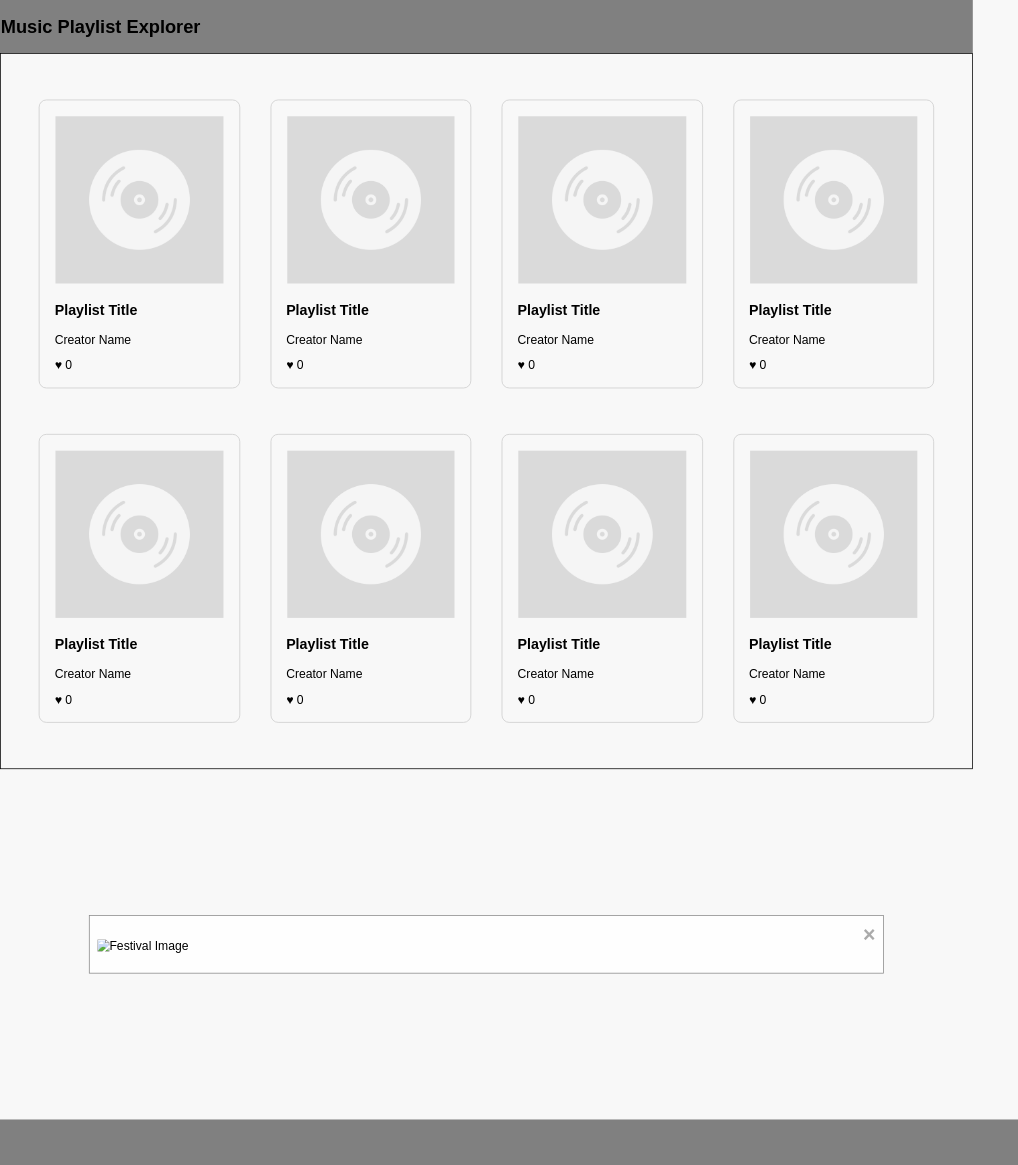
Repository: valentinaarojas/music-player-explorer
Page: index.html
The author's editor kept a copy of each file at every save. The page is drawn from the files as they stood at one save, then again after a run of saves.
The browser window is 1280 px wide. The page is 1340 px wide, so the pictures cover 1340 px, including what lies to the right of the window. The pictures show the whole page, at 76% of full size.

Above is the page before, as saved 2025-02-19 18:34:20.

### index.html
<!DOCTYPE html>
<html lang="en">
<head>
    <meta charset="UTF-8">
    <meta name="viewport" content="width=device-width, initial-scale=1.0">

    <title>Music Playlist Explorer</title>
    <link rel="icon" type="image/x-icon" href="/images/favicon.ico">

    <link rel="stylesheet" href="style.css">
</head>
<body>
    <header>
        <!-- Your header content here -->
        <div class="banner">
            <h2>Music Playlist Explorer</h2>
        </div>
    </header>

    <main>
        <!-- Your main content here -->
        <div class="playlist-cards">
            <!-- card 1 -->
            <div class="playlist-card">
                <div class="playlist-cover">
                    <img src="assets/img/playlist.png" alt="placeholder" style="width: 100%">
                </div>
                <div class="playlist-info">
                    <h3 class="playlist-title">Playlist Title</h3>
                    <p class="creator-info">Creator Name</p>
                    <div class="like-count">
                        <span>♥</span>
                        <span>0</span>
                    </div>
                </div>
            </div>
            <!-- card 2 -->
            <div class="playlist-card">
                <div class="playlist-cover">
                    <img src="assets/img/playlist.png" alt="placeholder" style="width: 100%">
                </div>
                <div class="playlist-info">
                    <h3 class="playlist-title">Playlist Title</h3>
                    <p class="creator-info">Creator Name</p>
                    <div class="like-count">
                        <span>♥</span>
                        <span>0</span>
                    </div>
                </div>
            </div>
            <!-- card 3 -->
            <div class="playlist-card">
                <div class="playlist-cover">
                    <img src="assets/img/playlist.png" alt="placeholder" style="width: 100%">
                </div>
                <div class="playlist-info">
                    <h3 class="playlist-title">Playlist Title</h3>
                    <p class="creator-info">Creator Name</p>
                    <div class="like-count">
                        <span>♥</span>
                        <span>0</span>
                    </div>
                </div>
            </div>
            <!-- card 4 -->
            <div class="playlist-card">
                <div class="playlist-cover">
                    <img src="assets/img/playlist.png" alt="placeholder" style="width: 100%">
                </div>
                <div class="playlist-info">
                    <h3 class="playlist-title">Playlist Title</h3>
                    <p class="creator-info">Creator Name</p>
                    <div class="like-count">
                        <span>♥</span>
                        <span>0</span>
                    </div>
                </div>
            </div>
            <!-- card 5 -->
            <div class="playlist-card">
                <div class="playlist-cover">
                    <img src="assets/img/playlist.png" alt="placeholder" style="width: 100%">
                </div>
                <div class="playlist-info">
                    <h3 class="playlist-title">Playlist Title</h3>
                    <p class="creator-info">Creator Name</p>
                    <div class="like-count">
                        <span>♥</span>
                        <span>0</span>
                    </div>
                </div>
            </div>
            <!-- card 6 -->
            <div class="playlist-card">
                <div class="playlist-cover">
                    <img src="assets/img/playlist.png" alt="placeholder" style="width: 100%">
                </div>
                <div class="playlist-info">
                    <h3 class="playlist-title">Playlist Title</h3>
                    <p class="creator-info">Creator Name</p>
                    <div class="like-count">
                        <span>♥</span>
                        <span>0</span>
                    </div>
                </div>
            </div>
             <!-- card 7 -->
             <div class="playlist-card">
                <div class="playlist-cover">
                    <img src="assets/img/playlist.png" alt="placeholder" style="width: 100%">
                </div>
                <div class="playlist-info">
                    <h3 class="playlist-title">Playlist Title</h3>
                    <p class="creator-info">Creator Name</p>
                    <div class="like-count">
                        <span>♥</span>
                        <span>0</span>
                    </div>
                </div>
            </div>
             <!-- card 8 -->
             <div class="playlist-card">
                <div class="playlist-cover">
                    <img src="assets/img/playlist.png" alt="placeholder" style="width: 100%">
                </div>
                <div class="playlist-info">
                    <h3 class="playlist-title">Playlist Title</h3>
                    <p class="creator-info">Creator Name</p>
                    <div class="like-count">
                        <span>♥</span>
                        <span>0</span>
                    </div>
                </div>
            </div>
        </div>
    </main>

    <!-- modal structure -->
    <div id="festivalModal" class="modal">
        <div class="modal-content">
           <span class="close">&times;</span>
           <h1 id="festivalName"></h1>
           <img id="festivalImage" src="" alt="Festival Image">
           <p id="festivalDates"></p>
           <p id="festivalLocation"></p>
           <div id="artistLineup"></div>
        </div>
     </div>

    <footer>
        <!-- Your footer content here -->
    </footer>
    <script src="data/data.js"></script>
    <script src="script.js"></script>
</body>
</html>

### style.css
body {
    font-family: 'Arial', sans-serif;
    margin: 0;
    left: 0;
    right: 0;
    padding: 0;
    background-color: #f8f8f8;
    width: 100%;
}

.banner {
    background-color: grey;
    padding: 1px;
}

.playlist-cards {
    display: grid;
    grid-template-columns: repeat(4, 1fr);
    padding: 30px;
    border: 1px solid rgb(0, 0, 0);
}

.playlist-card {
    padding: 20px;
    margin: 30px 20px;
    border-radius: 10px;
    border: 1px solid #ccc;
}

.playlist-cover {
    padding: 1px;
}

.modal-overlay {
    display: none; /* Hidden by default */
    position: fixed; /* Stay in place */
    z-index: 1; /* Sit on top */
    left: 0;
    top: 0;
    width: 100%; /* Full width */
    height: 100%; /* Full height */
    overflow: auto; /* Enable scroll if needed */
    background-color: rgba(0,0,0,0.4); /* Black w/ opacity */
 }
 .modal-content {
    background-color: #fefefe;
    margin: 15% auto; /* 15% from the top and centered */
    padding: 10px;
    border: 1px solid #888;
    width: 80%; /* Could be more or less, depending on screen size */
 }
 .close {
    color: #aaa;
    float: right;
    font-size: 28px;
    font-weight: bold;
 }
 .close:hover,
 .close:focus {
    color: black;
    text-decoration: none;
    cursor: pointer;
 }

footer {
    background-color: grey;
    padding: 30px;
    width: 100%;
}

### data/data.js
let data = { "playlists": [
    {
      "playlistID": 0,
      "playlist_name": "Late Night Drive",
      "playlist_creator": "Melody Maven",
      "playlist_art": "https://picsum.photos/id/36/200",
      "likeCount": 0,
      "songs": [
        {
          "songID": 0,
          "title": "Nightcall",
          "artist": "Kavinsky",
          "album": "Nightcall",
          "cover_art": "https://picsum.photos/id/43/200",
          "duration": "4:18"
        },
        {
          "songID": 1,
          "title": "Drive",
          "artist": "The Cars",
          "album": "Heartbeat City",
          "cover_art": "https://picsum.photos/id/45/200",
          "duration": "3:55"
        },
        {
          "songID": 2,
          "title": "Cruisin'",
          "artist": "Smokey Robinson",
          "album": "One Heartbeat",
          "cover_art": "https://picsum.photos/id/88/200",
          "duration": "4:30"
        },
        {
          "songID": 3,
          "title": "Night Moves",
          "artist": "Bob Seger",
          "album": "Night Moves",
          "cover_art": "https://picsum.photos/id/84/200",
          "duration": "5:25"
        },
        {
          "songID": 4,
          "title": "Moonlight Drive",
          "artist": "The Doors",
          "album": "Strange Days",
          "cover_art": "https://picsum.photos/id/122/200",
          "duration": "3:04"
        }
      ]
    },
    {
      "playlistID": 1,
      "playlist_name": "That Summer '16 Feeling",
      "playlist_creator": "Groove Guardian",
      "playlist_art": "https://picsum.photos/id/117/200",
      "likeCount": 10,
      "songs": [
        {
          "songID": 5,
          "title": "One Dance",
          "artist": "Drake",
          "album": "Views",
          "cover_art": "https://picsum.photos/id/21/200",
          "duration": "2:53"
        },
        {
          "songID": 6,
          "title": "Cheap Thrills",
          "artist": "Sia",
          "album": "This Is Acting",
          "cover_art": "https://picsum.photos/id/56/200",
          "duration": "3:31"
        },
        {
          "songID": 7,
          "title": "Don't Let Me Down",
          "artist": "The Chainsmokers ft. Daya",
          "album": "Collage",
          "cover_art": "https://picsum.photos/id/145/200",
          "duration": "3:28"
        },
        {
          "songID": 8,
          "title": "This Is What You Came For",
          "artist": "Calvin Harris ft. Rihanna",
          "album": "This Is What You Came For",
          "cover_art": "https://picsum.photos/id/160/200",
          "duration": "3:42"
        },
        {
          "songID": 9,
          "title": "Ride",
          "artist": "Twenty One Pilots",
          "album": "Blurryface",
          "cover_art": "https://picsum.photos/id/133/200",
          "duration": "3:34"
        }
      ]
    },
    {
      "playlistID": 2,
      "playlist_name": "Workout Beats",
      "playlist_creator": "Harmony Herald",
      "playlist_art": "https://picsum.photos/id/1077/200",
      "likeCount": 2,
      "songs": [
        {
          "songID": 10,
          "title": "Eye of the Tiger",
          "artist": "Survivor",
          "album": "Eye of the Tiger",
          "cover_art": "https://picsum.photos/id/593/200",
          "duration": "4:05"
        },
        {
          "songID": 11,
          "title": "Stronger",
          "artist": "Kanye West",
          "album": "Graduation",
          "cover_art": "https://picsum.photos/id/169/200",
          "duration": "5:12"
        },
        {
          "songID": 12,
          "title": "Lose Yourself",
          "artist": "Eminem",
          "album": "8 Mile Soundtrack",
          "cover_art": "https://picsum.photos/id/171/200",
          "duration": "5:26"
        },
        {
          "songID": 13,
          "title": "Uptown Funk",
          "artist": "Mark Ronson ft. Bruno Mars",
          "album": "Uptown Special",
          "cover_art": "https://picsum.photos/id/274/200",
          "duration": "4:30"
        },
        {
          "songID": 14,
          "title": "Can't Stop the Feeling!",
          "artist": "Justin Timberlake",
          "album": "Trolls (Original Motion Picture Soundtrack)",
          "cover_art": "https://picsum.photos/id/304/200",
          "duration": "3:56"
        }
      ]
    },
    {
      "playlistID": 3,
      "playlist_name": "Road Trip Anthems",
      "playlist_creator": "Playlist Pioneer",
      "playlist_art": "https://picsum.photos/id/314/200",
      "likeCount": 5,
      "songs": [
        {
          "songID": 15,
          "title": "Life Is a Highway",
          "artist": "Tom Cochrane",
          "album": "Mad Mad World",
          "cover_art": "https://picsum.photos/id/352/200",
          "duration": "4:26"
        },
        {
          "songID": 16,
          "title": "Born to Run",
          "artist": "Bruce Springsteen",
          "album": "Born to Run",
          "cover_art": "https://picsum.photos/id/361/200",
          "duration": "4:30"
        },
        {
          "songID": 17,
          "title": "Take It Easy",
          "artist": "Eagles",
          "album": "Eagles",
          "cover_art": "https://picsum.photos/id/365/200",
          "duration": "3:31"
        },
        {
          "songID": 18,
          "title": "Route 66",
          "artist": "Chuck Berry",
          "album": "Get Your Kicks on Route 66",
          "cover_art": "https://picsum.photos/id/371/200",
          "duration": "2:53"
        },
        {
          "songID": 19,
          "title": "On the Road Again",
          "artist": "Willie Nelson",
          "album": "Honeysuckle Rose",
          "cover_art": "https://picsum.photos/id/382/200",
          "duration": "2:33"
        }
      ]
    },
    {
      "playlistID": 4,
      "playlist_name": "Boss Chick Energy",
      "playlist_creator": "Tempo Tactician",
      "playlist_art": "https://picsum.photos/id/449/200",
      "likeCount": 0,
      "songs": [
        {
          "songID": 20,
          "title": "Run the World (Girls)",
          "artist": "Beyoncé",
          "album": "4",
          "cover_art": "https://picsum.photos/id/550/200",
          "duration": "3:56"
        },
        {
          "songID": 21,
          "title": "I'm Every Woman",
          "artist": "Chaka Khan",
          "album": "Chaka",
          "cover_art": "https://picsum.photos/id/646/200",
          "duration": "4:07"
        },
        {
          "songID": 22,
          "title": "Independent Women, Pt. 1",
          "artist": "Destiny's Child",
          "album": "Survivor",
          "cover_art": "https://picsum.photos/id/660/200",
          "duration": "3:41"
        },
        {
          "songID": 23,
          "title": "Confident",
          "artist": "Demi Lovato",
          "album": "Confident",
          "cover_art": "https://picsum.photos/id/680/200",
          "duration": "3:25"
        },
        {
          "songID": 24,
          "title": "Feeling Myself",
          "artist": "Nicki Minaj ft. Beyoncé",
          "album": "The Pinkprint",
          "cover_art": "https://picsum.photos/id/822/200",
          "duration": "3:57"
        }
      ]
    },
    {
      "playlistID": 5,
      "playlist_name": "Rainy Nights",
      "playlist_creator": "Sonic Sage",
      "playlist_art": "https://picsum.photos/id/115/200",
      "likeCount": 24,
      "songs": [
        {
          "songID": 25,
          "title": "Purple Rain",
          "artist": "Prince",
          "album": "Purple Rain",
          "cover_art": "https://picsum.photos/id/123/200",
          "duration": "8:41"
        },
        {
          "songID": 26,
          "title": "November Rain",
          "artist": "Guns N' Roses",
          "album": "Use Your Illusion I",
          "cover_art": "https://picsum.photos/id/171/200",
          "duration": "8:57"
        },
        {
          "songID": 27,
          "title": "Riders on the Storm",
          "artist": "The Doors",
          "album": "L.A. Woman",
          "cover_art": "https://picsum.photos/id/172/200",
          "duration": "7:14"
        },
        {
          "songID": 28,
          "title": "I Can't Stand the Rain",
          "artist": "Ann Peebles",
          "album": "I Can't Stand the Rain",
          "cover_art": "https://picsum.photos/id/178/200",
          "duration": "2:31"
        },
        {
          "songID": 29,
          "title": "Set Fire to the Rain",
          "artist": "Adele",
          "album": "21",
          "cover_art": "https://picsum.photos/id/680/200",
          "duration": "4:02"
        }
      ]
    },
    {
      "playlistID": 6,
      "playlist_name": "90's R&B",
      "playlist_creator": "Vinyl Virtuoso",
      "playlist_art": "https://picsum.photos/id/815/200",
      "likeCount": 3,
      "songs": [
        {
          "songID": 30,
          "title": "No Diggity",
          "artist": "Blackstreet ft. Dr. Dre",
          "album": "Another Level",
          "cover_art": "https://picsum.photos/id/856/200",
          "duration": "5:06"
        },
        {
          "songID": 31,
          "title": "Waterfalls",
          "artist": "TLC",
          "album": "CrazySexyCool",
          "cover_art": "https://picsum.photos/id/871/200",
          "duration": "4:39"
        },
        {
          "songID": 32,
          "title": "Creep",
          "artist": "TLC",
          "album": "CrazySexyCool",
          "cover_art": "https://picsum.photos/id/891/200",
          "duration": "4:29"
        },
        {
          "songID": 33,
          "title": "On Bended Knee",
          "artist": "Boyz II Men",
          "album": "II",
          "cover_art": "https://picsum.photos/id/1013/200",
          "duration": "4:05"
        },
        {
          "songID": 34,
          "title": "Fantasy",
          "artist": "Mariah Carey",
          "album": "Daydream",
          "cover_art": "https://picsum.photos/id/1014/200",
          "duration": "4:04"
        }
      ]
    },
    {
      "playlistID": 7,
      "playlist_name": "Nothing But The Classics",
      "playlist_creator": "Melody Maven",
      "playlist_art": "https://picsum.photos/id/22/200",
      "likeCount": 3,
      "songs": [
        {
          "songID": 35,
          "title": "Bohemian Rhapsody",
          "artist": "Queen",
          "album": "A Night at the Opera",
          "cover_art": "https://picsum.photos/id/39/200",
          "duration": "5:55"
        },
        {
          "songID": 36,
          "title": "Hotel California",
          "artist": "Eagles",
          "album": "Hotel California",
          "cover_art": "https://picsum.photos/id/57/200",
          "duration": "6:30"
        },
        {
          "songID": 37,
          "title": "Stairway to Heaven",
          "artist": "Led Zeppelin",
          "album": "Led Zeppelin IV",
          "cover_art": "https://picsum.photos/id/221/200",
          "duration": "8:02"
        },
        {
          "songID": 38,
          "title": "Sweet Child o' Mine",
          "artist": "Guns N' Roses",
          "album": "Appetite for Destruction",
          "cover_art": "https://picsum.photos/id/822/200",
          "duration": "5:55"
        },
        {
          "songID": 39,
          "title": "Imagine",
          "artist": "John Lennon",
          "album": "Imagine",
          "cover_art": "https://picsum.photos/id/823/200",
          "duration": "3:04"
        }
      ]
    },
    {
      "playlistID": 8,
      "playlist_name": "Ohh That Baseline",
      "playlist_creator": "Bassline Buddy",
      "playlist_art": "https://picsum.photos/id/836/200",
      "likeCount": 0,
      "songs": [
        {
          "songID": 40,
          "title": "Another One Bites the Dust",
          "artist": "Queen",
          "album": "The Game",
          "cover_art": "https://picsum.photos/id/839/200",
          "duration": "3:36"
        },
        {
          "songID": 41,
          "title": "Billie Jean",
          "artist": "Michael Jackson",
          "album": "Thriller",
          "cover_art": "https://picsum.photos/id/903/200",
          "duration": "4:54"
        },
        {
          "songID": 42,
          "title": "Superstition",
          "artist": "Stevie Wonder",
          "album": "Talking Book",
          "cover_art": "https://picsum.photos/id/978/200",
          "duration": "4:26"
        },
        {
          "songID": 43,
          "title": "Smooth Criminal",
          "artist": "Michael Jackson",
          "album": "Bad",
          "cover_art": "https://picsum.photos/id/1004/200",
          "duration": "4:17"
        },
        {
          "songID": 44,
          "title": "Money for Nothing",
          "artist": "Dire Straits",
          "album": "Brothers in Arms",
          "cover_art": "https://picsum.photos/id/1025/200",
          "duration": "8:26"
        }
      ]
    }
  ]
}

### script.js
var modal = document.getElementById("modal");
var span = document.getElementsByClassName("close")[0];

function openModal(festival) {
   document.getElementById('festivalName').innerText = festival.name;
   document.getElementById('festivalImage').src = festival.imageUrl;
   document.getElementById('festivalDates').innerText = `Dates: ${festival.dates}`;
   document.getElementById('festivalLocation').innerText = `Location: ${festival.location}`;
   document.getElementById('artistLineup').innerHTML = `<strong>Lineup:</strong> ${festival.lineup.join(', ')}`;
   modal.style.display = "block";
}

span.onclick = function() {
   modal.style.display = "none";
}
window.onclick = function(event) {
   if (event.target == modal) {
      modal.style.display = "none";
   }
}

After the next 2 saves:
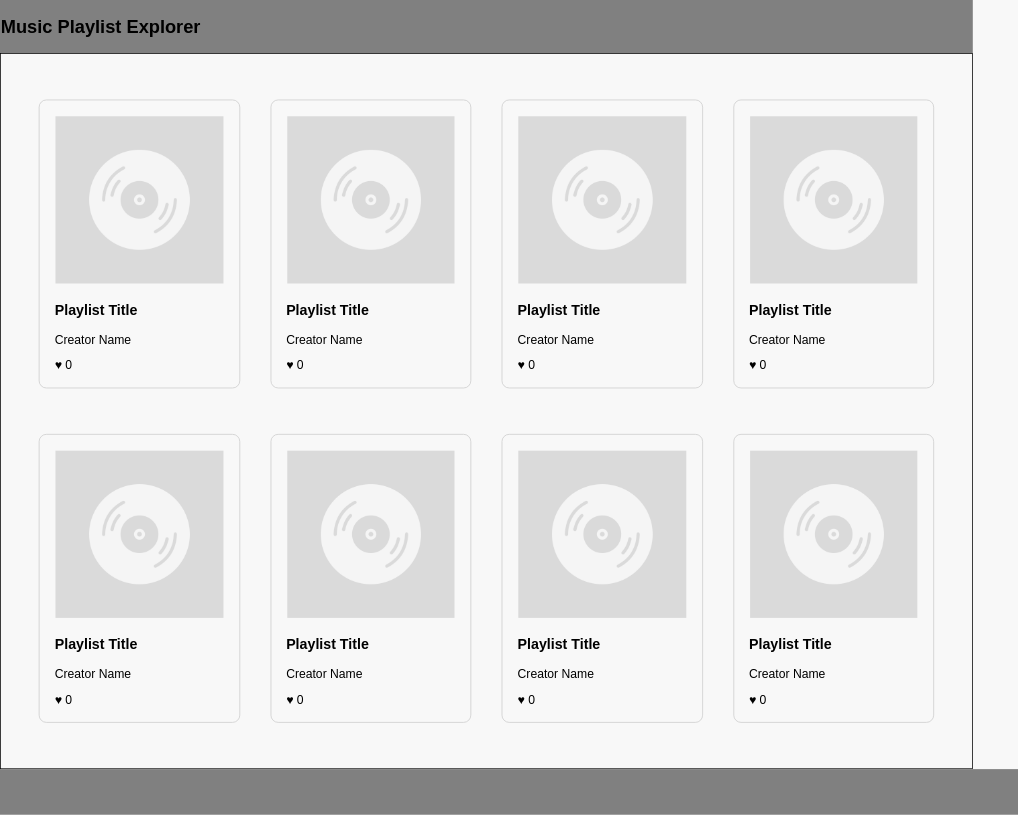
The 2 saves are shown as one change because they came seconds apart.
The last was saved 9 s later.
--- a/index.html
+++ b/index.html
@@ -136,16 +136,17 @@
     </main>
 
     <!-- modal structure -->
-    <div id="festivalModal" class="modal">
+    <div class="modal-overlay">
         <div class="modal-content">
-           <span class="close">&times;</span>
-           <h1 id="festivalName"></h1>
-           <img id="festivalImage" src="" alt="Festival Image">
-           <p id="festivalDates"></p>
-           <p id="festivalLocation"></p>
-           <div id="artistLineup"></div>
+            <span class="close">&times;</span>
+            <img id="modal-playlist-image" src="" alt="Playlist Cover">
+            <h1 id="modal-playlist-title">Playlist Title</h1>
+            <p id="modal-creator-name">Creator Name</p>
+            <div id="songs-list">
+                <!-- songs will be dynamically inserted here -->
+            </div>
         </div>
-     </div>
+    </div>
 
     <footer>
         <!-- Your footer content here -->
